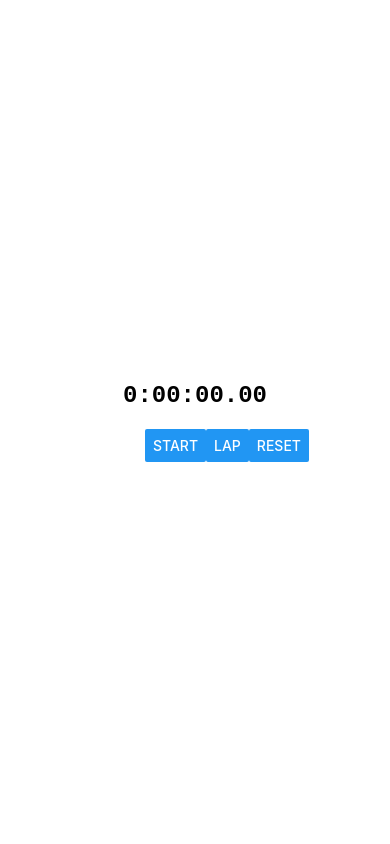
Repository: Shopify/eng-intern-assessment-react-native
Screen: /
An editor plug-in stored every save of this project. The screen is shown before and after the next save, followed by the edit.
The app was drawn by React Native's web renderer in a window 390 px wide. The project was rebuilt for these pictures with package versions that can differ from the ones it lists, and the page was loaded fresh each time.

Above is the screen before, as saved 2024-01-13 12:10:16.

### App.tsx
import { StatusBar } from 'expo-status-bar';
import { StyleSheet, Text, View } from 'react-native';
import StopWatch from './src/StopWatch';

export default function App() {
  return (
    <View style={styles.container}>
      <StopWatch></StopWatch>
      <StatusBar style="auto" />
    </View>
  );
}

const styles = StyleSheet.create({
  container: {
    flex: 1,
    backgroundColor: '#fff',
    alignItems: 'center',
    justifyContent: 'center',
  },
});

### src/StopWatch.tsx
import React, { useState, useEffect } from 'react';
import { Text, View, StyleSheet } from 'react-native';
import StopWatchButton from './StopWatchButton';

const StopWatch = () => {
  const [isRunning, setIsRunning] = useState(false);
  const [timeElapsed, setTimeElapsed] = useState(0);
  const [laps, setLaps] = useState<number[]>([]);

  useEffect(() => {
    let interval: ReturnType<typeof setInterval>;
    if (isRunning) {
      interval = setInterval(() => {
        setTimeElapsed(prevTime => prevTime + 10); // Increment every 10 milliseconds
      }, 10);
    }
    return () => clearInterval(interval);
  }, [isRunning]);

  const handleStartStop = () => {
    setIsRunning(!isRunning);
  };

  const handleLap = () => {
    setLaps([...laps, timeElapsed]);
  };

  const handleReset = () => {
    setIsRunning(false);
    setTimeElapsed(0);
    setLaps([]);
  };

  const formatTime = (milliseconds: number) => {
    const hours = Math.floor(milliseconds / 3600000); // 1 Hour = 3600000 Milliseconds
    const minutes = Math.floor((milliseconds % 3600000) / 60000); // 1 Minute = 60000 Milliseconds
    const seconds = Math.floor((milliseconds % 60000) / 1000); // 1 Second = 1000 Milliseconds
    const millis = Math.floor((milliseconds % 1000) / 10); // Display only two digits for milliseconds

    return `${hours}:${minutes.toString().padStart(2, '0')}:${seconds.toString().padStart(2, '0')}.${millis.toString().padStart(2, '0')}`;
  };


  return (
    <View style={styles.container}>
      <View style={styles.timerContainer}>
        <Text style={styles.timerText}>{formatTime(timeElapsed)}</Text>
      </View>
      {laps.map((lap, index) => (
        <Text key={index} style={styles.lapText}>{`Lap ${index + 1}: ${formatTime(lap)}`}</Text>
      ))}
      <View style={styles.buttonContainer}>
        <StopWatchButton title={isRunning ? "Stop" : "Start"} onPress={handleStartStop} />
        <StopWatchButton title="Lap" onPress={handleLap} />
        <StopWatchButton title="Reset" onPress={handleReset} />
      </View>
    </View>
  );
};

const styles = StyleSheet.create({
  container: {
    flex: 1,
    alignItems: 'center',
    justifyContent: 'center',
  },
  timerContainer: {
    minWidth: 200, // Adjust this width as needed
    alignItems: 'center',
    justifyContent: 'center',
  },
  timerText: {
    fontSize: 24,
    fontWeight: 'bold',
    fontFamily: 'monospace', // Ensures equal spacing between characters
  },
  lapText: {
    fontSize: 16,
  },
  buttonContainer: {
    flexDirection: 'row', // This will arrange buttons side by side
    justifyContent: 'space-around',
    width: '50%', // Adjust as needed
    marginTop: 20,
  },
});

export default StopWatch;

### src/StopWatchButton.tsx
import React from 'react';
import { Button, View } from 'react-native';

type Props = {
  title: string;
  onPress: () => void;
};

const StopWatchButton: React.FC<Props> = ({ title, onPress }) => {
  return (
    <View>
      <Button title={title} onPress={onPress} />
    </View>
  );
};

export default StopWatchButton;

After the next save:
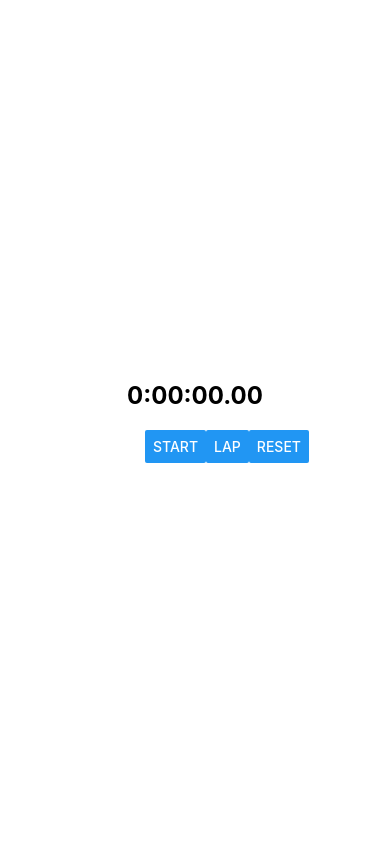
Saved 18 s later.
--- a/src/StopWatch.tsx
+++ b/src/StopWatch.tsx
@@ -72,7 +72,7 @@ const styles = StyleSheet.create({
   timerText: {
     fontSize: 24,
     fontWeight: 'bold',
-    fontFamily: 'monospace', // Ensures equal spacing between characters
+    // fontFamily: 'monospace', // Ensures equal spacing between characters
   },
   lapText: {
     fontSize: 16,
